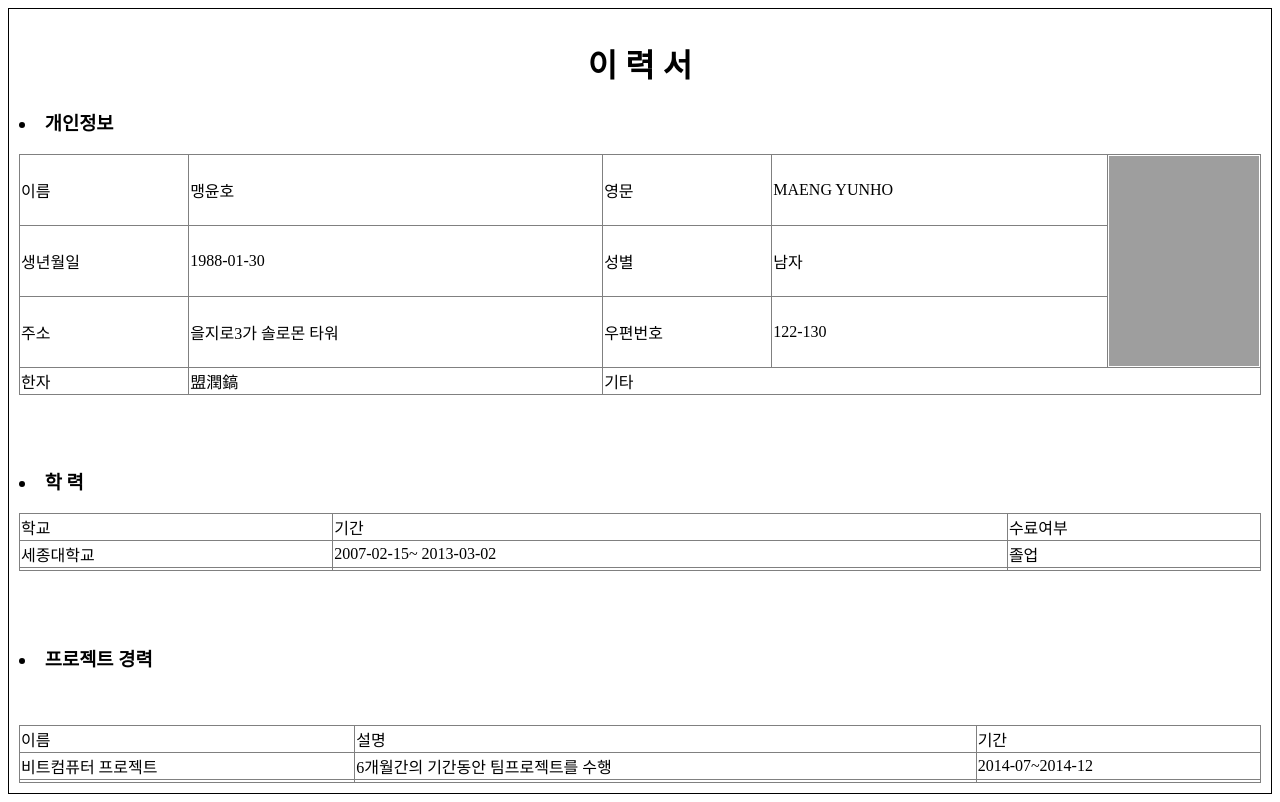
Repository: porivas/140630_Java
Page: http://localhost/web4_resume/resume.jsp
The author's editor kept a copy of each file at every save. The page is drawn from the files as they stood at one save, then again after the next save.
The browser window is 1280 px wide. The pictures show the whole page.
Pictures or frames that could not be fetched are drawn as grey boxes. The page is served by Tomcat 9.

Above is the page before, as saved 2014-09-25 06:25:16.

After the next save:
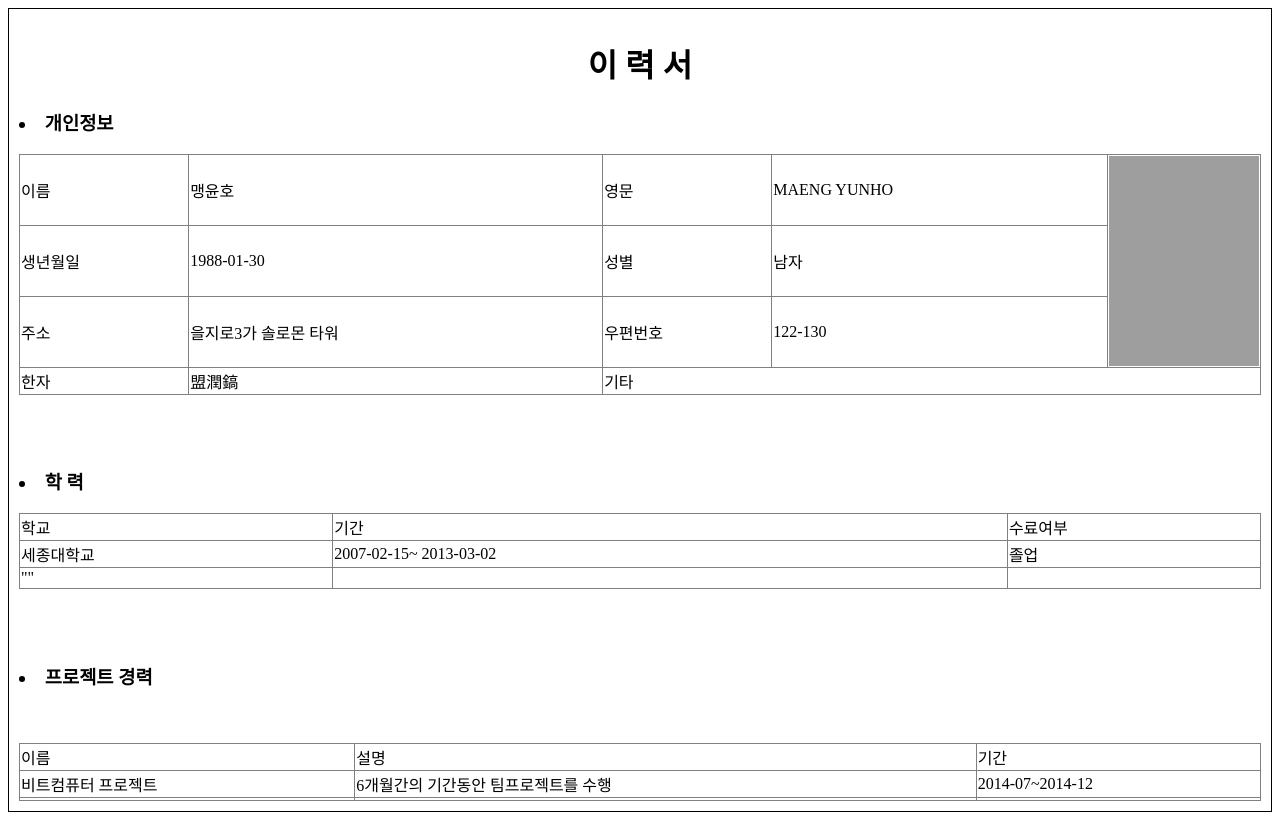
Saved 29 s later.
--- a/web4_resume/WebContent/resume.jsp
+++ b/web4_resume/WebContent/resume.jsp
@@ -50,7 +50,7 @@
 				<td> 세종대학교 </td>	<td> 2007-02-15~ 2013-03-02 </td>	<td> 졸업 </td>
 			</tr>
 			<tr>
-				<td>  </td>	<td>  </td>	<td>  </td>
+				<td> "" </td>	<td>  </td>	<td>  </td>
 			</tr>
 		</table>
 		<br>
